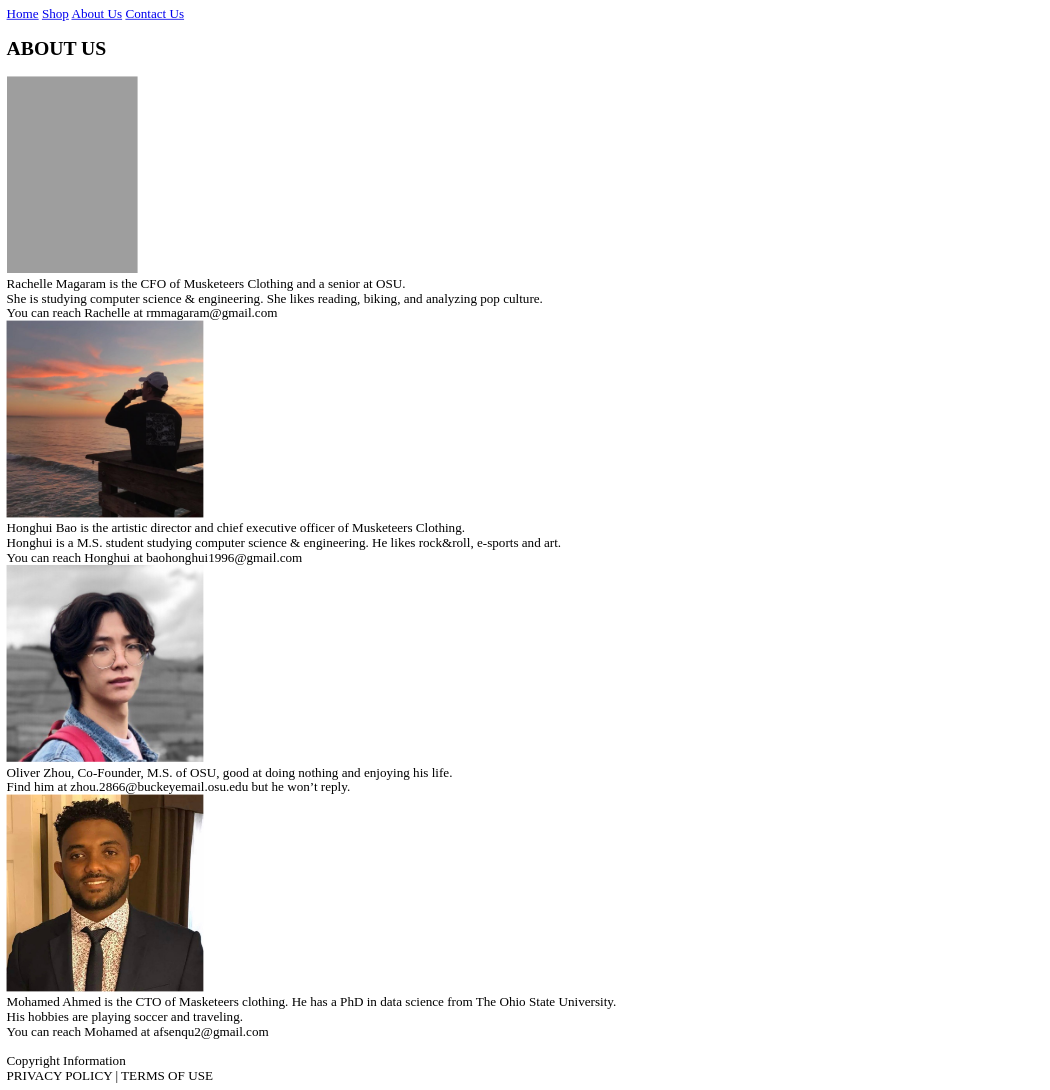
Repository: hamadanoor9/musketeers
Page: http://localhost/MusketeersClothing/WEB-INF/jsp/AboutUs.jsp
The author's editor kept a copy of each file at every save. The page is drawn from the files as they stood at one save, then again after the next save.
The browser window is 1280 px wide. The pictures show the whole page, at 82% of full size.
Pictures or frames that could not be fetched are drawn as grey boxes. The page is served by Tomcat 9. Nobody is signed in. The template is opened directly, without the code that normally fills it, so the values that code supplies are empty.

Above is the page before, as saved 2019-10-07 01:37:52.

After the next save:
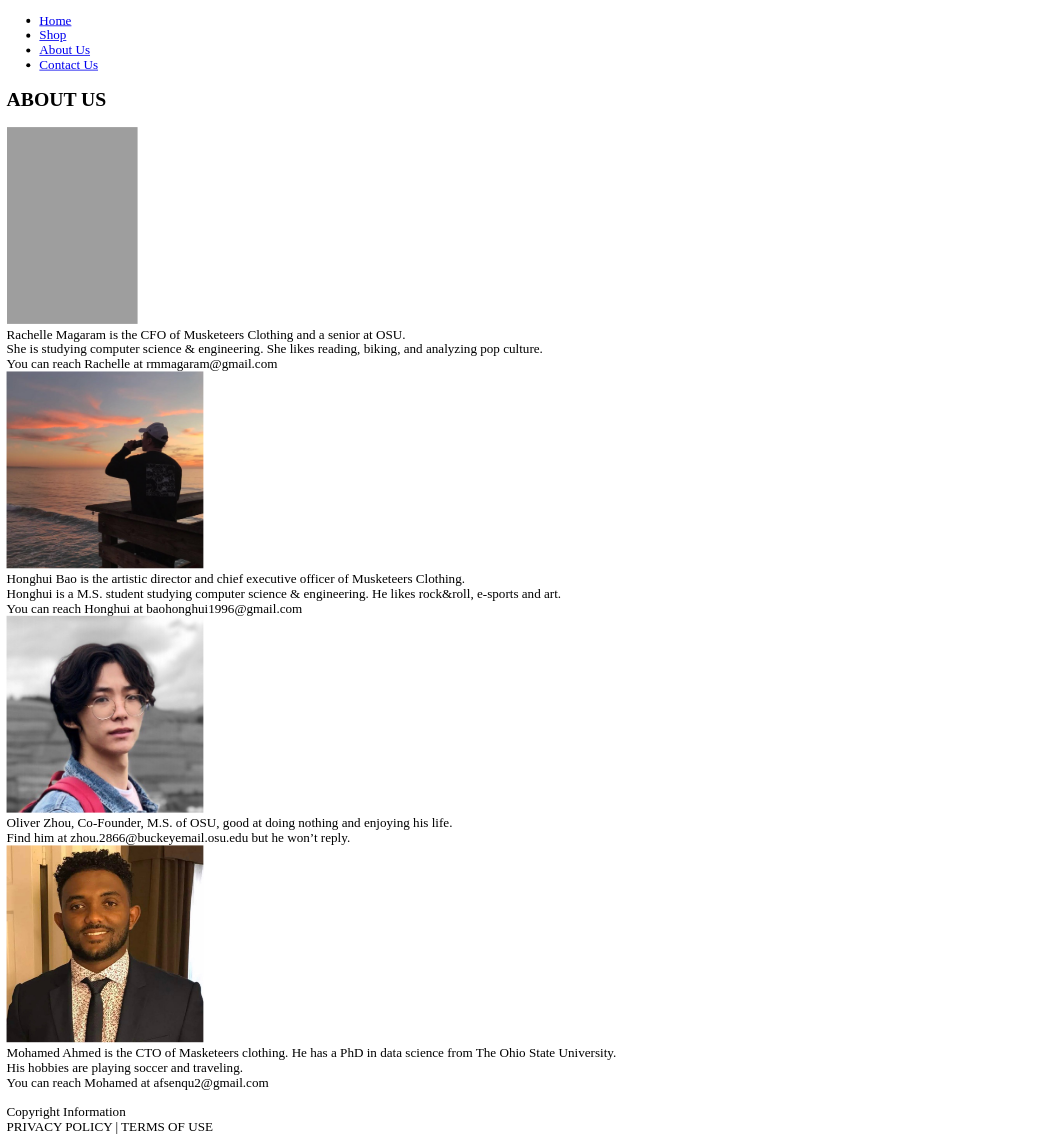
Saved 5 min 47 s later.
--- a/MusketeersClothing/WebContent/WEB-INF/jsp/Header.jsp
+++ b/MusketeersClothing/WebContent/WEB-INF/jsp/Header.jsp
@@ -6,11 +6,14 @@
 <meta charset="UTF-8">
 <title>Menu</title>
 <body>
-<a href="/MusketeersClothing">Home</a>
-<a href="/MusketeersClothing/purchase">Shop</a>
-<a href="/MusketeersClothing/aboutus">About Us</a>
-<a href="/MusketeersClothing/contactus">Contact Us</a>
-<br>
+<ul class="nav nav-tabs">
+  <li role="presentation" class="active"><a href="/MusketeersClothing">Home</a></li>
+  <li role="presentation"><a href="/MusketeersClothing/purchase">Shop</a></li>
+  <li role="presentation"><a href="/MusketeersClothing/aboutus">About Us</a></li>
+  <li role="presentation"><a href="/MusketeersClothing/contactus">Contact Us</a></li>
+
+</ul>
+
 </body>
 
 </head>
